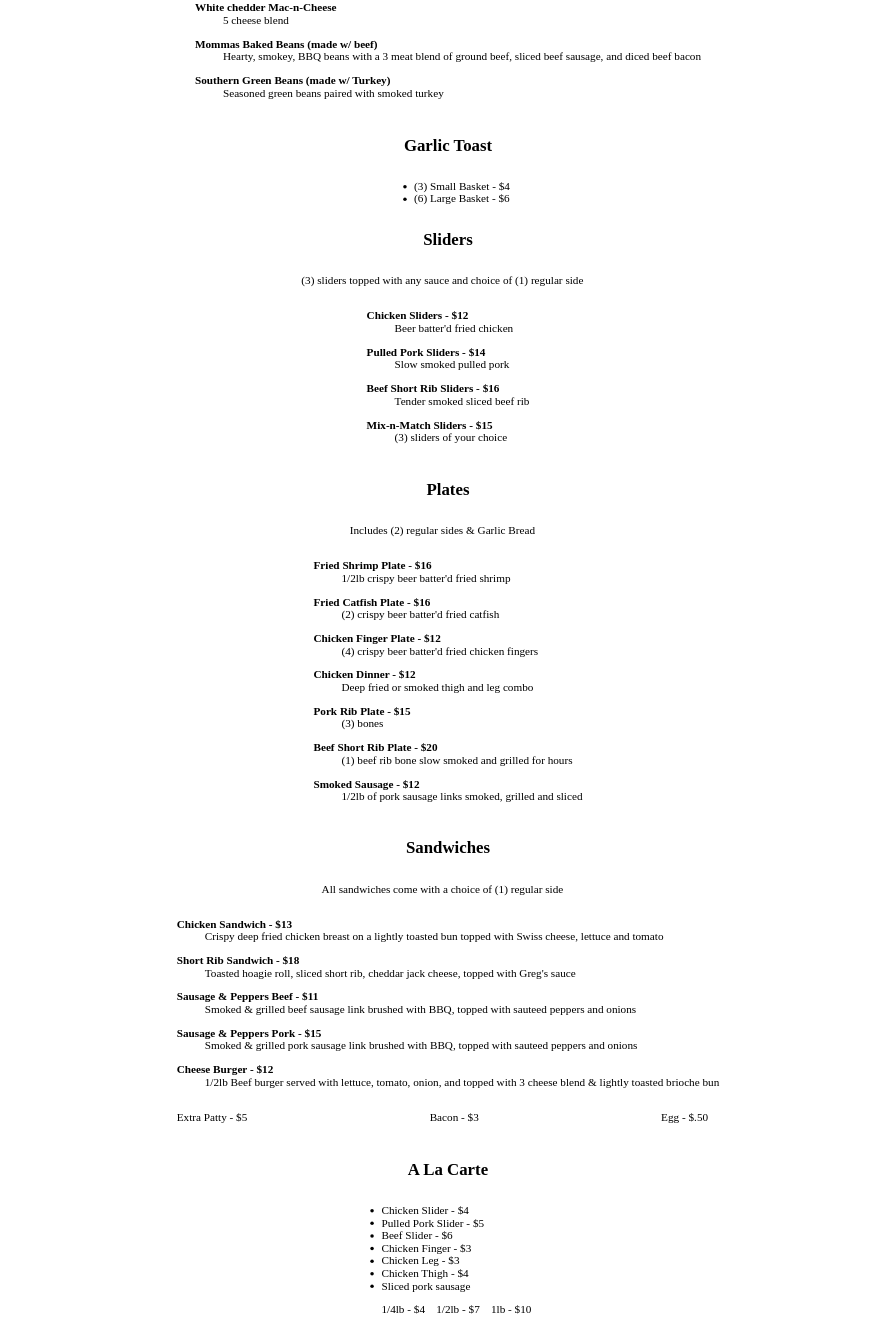
Repository: dukedward/smokehousemenu
Page: index.html
An editor plug-in stored every save of this project. The page is shown before and after the next save, followed by the edit.
The browser window is 1280 px wide. The pictures show the part of the page from y = 1603 to 3523 px (the page is 3523 px tall before and 3421 px after), at 70% of full size.

Above is the page before, as saved 2023-02-28 08:48:05.

### index.html
<!DOCTYPE html>
<html lang="en">
<head>
    <meta charset="UTF-8">
    <meta http-equiv="X-UA-Compatible" content="IE=edge">
    <meta name="viewport" content="width=device-width, initial-scale=1.0">
    <link rel="stylesheet" href="style.css" />
    <title>Our Menu</title>
</head>
<body>
    <div class="title">
        <h1>Menu</h1>
        <hr>
        <h2>Monday-Sunday</h2>
        <p>(Place orders between 10am-5pm)</p>
    </div>
    <div class="sections">
        <div class="sect">
            <h2>Jumbo Wings</h2>
            <div class="sub-sect">
                <h3>Choose Amount</h3>
                <ul>
                    <li>5pc $7.50</li>
                    <li>10pc $13</li>
                    <li>20pc $22</li>
                    <li>30pc $31</li>
                </ul>
            </div>
            <div class="sub-sect">
                <h3>Choose Style</h3>
                <ul>
                    <li>Traditional Fried</li>
                    <li>Smoke Fried</li>
                    <li>Signature Wild Wings</li>
                </ul>
            </div>
            <div class="sub-sect">
                <h3>Choose Sauces</h2>
                <ul>
                    <li>Greg's Sweet BBQ</li>
                    <li>Sweet Teriyaki</li>
                    <li>Garlic Parmesan</li>
                    <li>Honey Mustard</li>
                    <li>Lemon Pepper</li>
                    <li>🌶️ Carolina Gold</li>
                    <li>🌶️ Buffalo Sauce</li>
                    <li>🌶️ Hot Garlic</li>
                    <li>🌶️ Hot Honey Garlic</li>
                    <li>🌶️ Greg's Spicy BBQ (Sweet & Spicy)</li>
                    <li>🌶️ Honey Sriracha</li>
                    <li>🌶️ Spicy Honey Mustard</li>
                    <li>🌶️ Sweet Thai Chili</li>
                </ul>
            </div>
        </div>
        <div class="sect">
            <h2>Smoked Pork Ribs</h2>
            <ul>
                <li>(2) Bone - $7</li>
                <li>Half Rack - $17.50</li>
                <li>Full Rack - $33</li>
            </ul>
        </div>
        <div class="sect">
            <h2>Smoked Beef Ribs</h2>
            <ul>
                <li>(1) Bone - $15</li>
                <li>(2) Bones - $25</li>
            </ul>
        </div>
        <div class="sect">
            <h2>Regular Sides</h2>
            <div class="desc">
                <p>Small - $3</p>
                <p>Large - $5</p>
            </div>
            <dl>
                <dt>Seasoned Fries</dt>
                <dd>Seasond crispy crinkle fries</dd>
                <dt>Tater Tots</dt>
                <dd>Crispy tater tots seasoned & served with boom boom sauce</dd>
            </dl>
        </div>
        <div class="sect">
            <h2>Specialty Sides</h2>
            <div class="desc">
                <p>Cup - $7</p>
                <p>Pint - $12</p>
                <p>Quart - $21</p>
            </div>
            <dl>
                <dt>White chedder Mac-n-Cheese</dt>
                <dd>5 cheese blend</dd>
                <dt>Mommas Baked Beans (made w/ beef)</dt>
                <dd>Hearty, smokey, BBQ beans with a 3 meat blend of ground beef, sliced beef sausage, and diced beef bacon</dd>
                <dt>Southern Green Beans (made w/ Turkey)</dt>
                <dd>Seasoned green beans paired with smoked turkey</dd>
            </dl>
        </div>
        <div class="sect">
            <h2>Garlic Toast</h2>
            <ul>
                <li>(3) Small Basket - $4</li>
                <li>(6) Large Basket - $6</li>
            </ul>
        </div>
        <div class="sect">
            <h2>Sliders</h2>
            <div class="desc">
                <p>(3) sliders topped with any sauce and choice of (1) regular side</p>
            </div>
            <dl>
                <dt>Chicken Sliders - $12</dt>
                <dd>Beer batter'd fried chicken</dd>
                <dt>Pulled Pork Sliders - $14</dt>
                <dd>Slow smoked pulled pork</dd>
                <dt>Beef Short Rib Sliders - $16</dt>
                <dd>Tender smoked sliced beef rib</dd>
                <dt>Mix-n-Match Sliders - $15</dt>
                <dd>(3) sliders of your choice</dd>
            </dl>
        </div>
        <div class="sect">
            <h2>Plates</h2>
            <div class="desc">
                <p>Includes (2) regular sides & Garlic Bread</p>
            </div>
            <dl>
                <dt>Fried Shrimp Plate - $16</dt>
                <dd>1/2lb crispy beer batter'd fried shrimp</dd>
                <dt>Fried Catfish Plate - $16</dt>
                <dd>(2) crispy beer batter'd fried catfish</dd>
                <dt>Chicken Finger Plate - $12</dt>
                <dd>(4) crispy beer batter'd fried chicken fingers</dd>
                <dt>Chicken Dinner - $12</dt>
                <dd>Deep fried or smoked thigh and leg combo</dd>
                <dt>Pork Rib Plate - $15</dt>
                <dd>(3) bones</dd>
                <dt>Beef Short Rib Plate - $20</dt>
                <dd>(1) beef rib bone slow smoked and grilled for hours</dd>
                <dt>Smoked Sausage - $12</dt>
                <dd>1/2lb of pork sausage links smoked, grilled and sliced</dd>
            </dl>
        </div>
        <div class="sect">
            <h2>Sandwiches</h2>
            <div class="desc">
                <p>All sandwiches come with a choice of (1) regular side</p>
            </div>
            <dl>
                <dt>Chicken Sandwich - $13</dt>
                <dd>Crispy deep fried chicken breast on a lightly toasted bun topped with Swiss cheese, lettuce and tomato</dd>
                <dt>Short Rib Sandwich - $18</dt>
                <dd>Toasted hoagie roll, sliced short rib, cheddar jack cheese, topped with Greg's sauce</dd>
                <dt>Sausage & Peppers Beef - $11</dt>
                <dd>Smoked & grilled beef sausage link brushed with BBQ, topped with sauteed peppers and onions</dd>
                <dt>Sausage & Peppers Pork - $15</dt>
                <dd>Smoked & grilled pork sausage link brushed with BBQ, topped with sauteed peppers and onions</dd>
                <dt>Cheese Burger - $12</dt>
                <dd>1/2lb Beef burger served with lettuce, tomato, onion, and topped with 3 cheese blend & lightly toasted brioche bun</dd>
                <div class="desc">
                    <p>Extra Patty - $5</p>
                    <p>Bacon - $3</p>
                    <p>Egg - $.50</p>
                </div>
            </dl>
        </div>
        <div class="sect">
            <h2>A La Carte</h2>
            <ul>
                <li>Chicken Slider - $4</li>
                <li>Pulled Pork Slider - $5</li>
                <li>Beef Slider - $6</li>
                <li>Chicken Finger - $3</li>
                <li>Chicken Leg - $3</li>
                <li>Chicken Thigh - $4</li>
                <li>
                    Sliced pork sausage
                    <div class="desc">
                        <p>1/4lb - $4</p>
                        <p>1/2lb - $7</p>
                        <p>1lb - $10</p>
                    </div>
                </li>

            </ul>
        </div>
    </div>
</body>
</html>

### style.css
/* * {
	margin: 0;
	padding: 0;
} */

.title {
	display: flex;
	flex-direction: column;
	justify-content: center;
	align-items: center;
}

.sections {
	display: grid;
	/* display: flex; */
	/* justify-content: center; */
	/* align-items: center; */
}

.sect, .sub-sect {
	display: flex;
	flex-direction: column;
	justify-content: center;
	align-items: center;
}

.desc {
    display: flex;
    flex-direction: row;
    justify-content: space-between;
}

.desc p {
    padding-right: 1rem;
}

dt {
    font-size: medium;
    font-weight: bold;
}

dd {
    margin-bottom: 1rem;
}

After the next save:
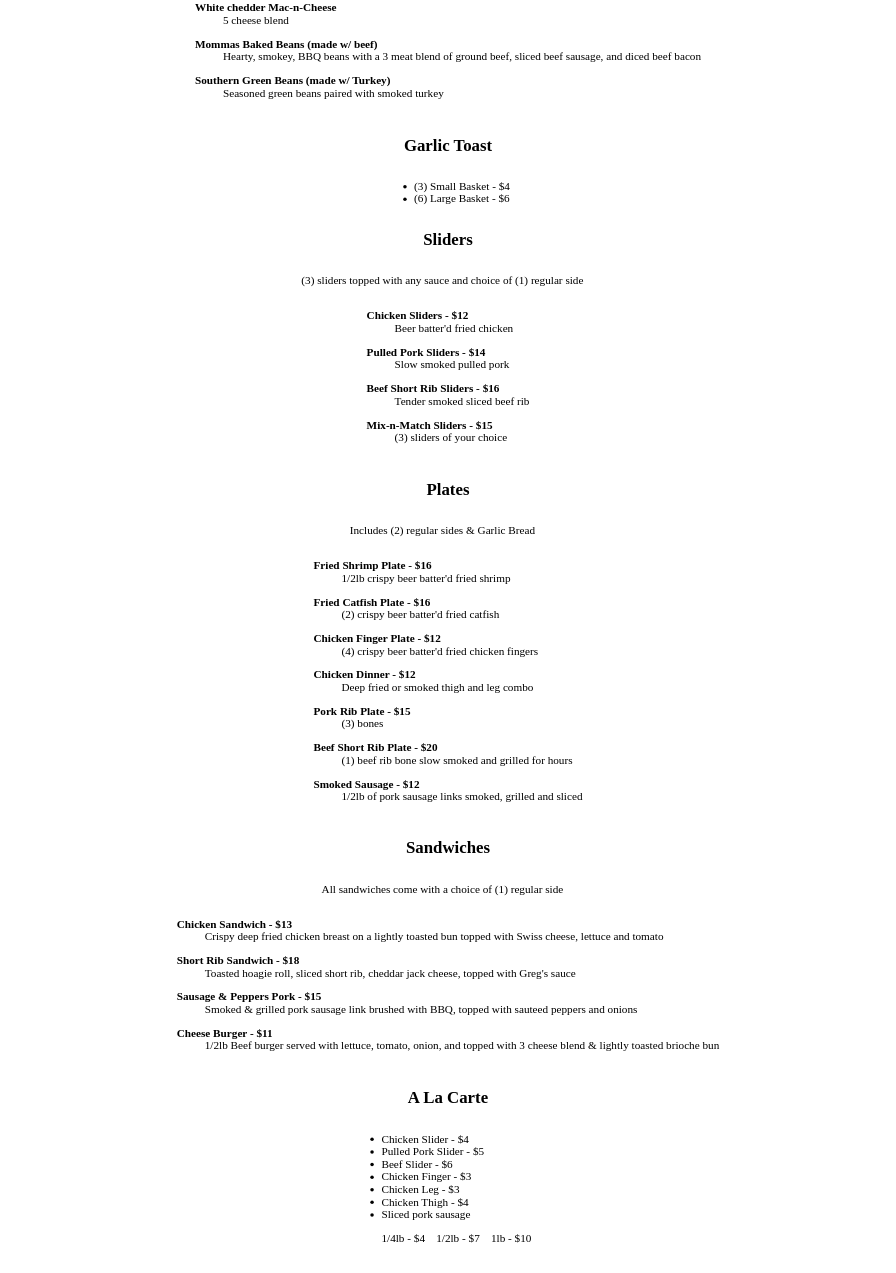
Saved 70 s later.
--- a/index.html
+++ b/index.html
@@ -152,17 +152,10 @@
                 <dd>Crispy deep fried chicken breast on a lightly toasted bun topped with Swiss cheese, lettuce and tomato</dd>
                 <dt>Short Rib Sandwich - $18</dt>
                 <dd>Toasted hoagie roll, sliced short rib, cheddar jack cheese, topped with Greg's sauce</dd>
-                <dt>Sausage & Peppers Beef - $11</dt>
-                <dd>Smoked & grilled beef sausage link brushed with BBQ, topped with sauteed peppers and onions</dd>
                 <dt>Sausage & Peppers Pork - $15</dt>
                 <dd>Smoked & grilled pork sausage link brushed with BBQ, topped with sauteed peppers and onions</dd>
-                <dt>Cheese Burger - $12</dt>
+                <dt>Cheese Burger - $11</dt>
                 <dd>1/2lb Beef burger served with lettuce, tomato, onion, and topped with 3 cheese blend & lightly toasted brioche bun</dd>
-                <div class="desc">
-                    <p>Extra Patty - $5</p>
-                    <p>Bacon - $3</p>
-                    <p>Egg - $.50</p>
-                </div>
             </dl>
         </div>
         <div class="sect">
